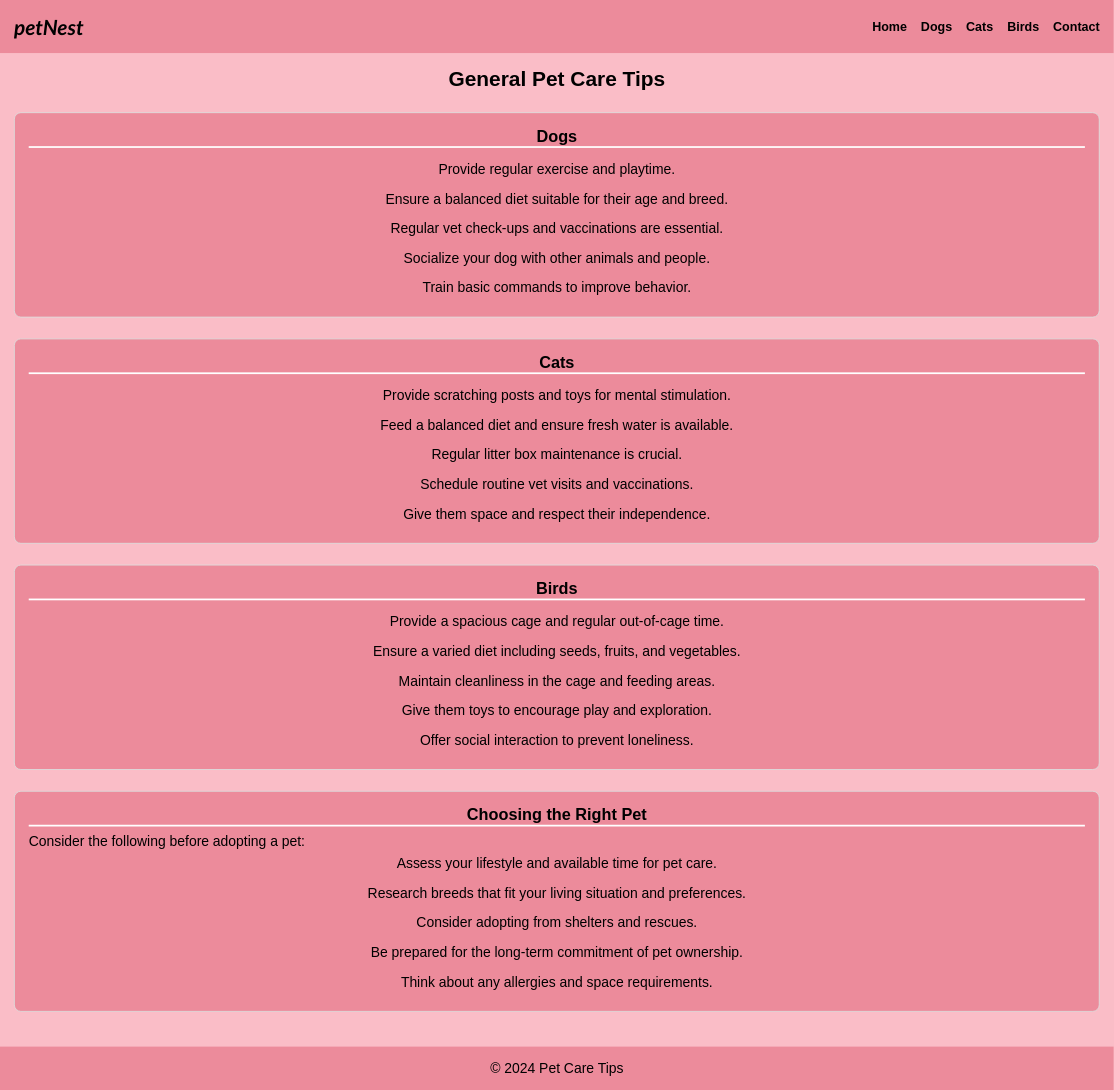
Repository: SHAHZADcodr/pet_care
Page: pages/tips.html
An editor plug-in stored every save of this project. The page is shown before and after the next save, followed by the edit.
The browser window is 1280 px wide. The pictures show the whole page, at 87% of full size.

Above is the page before, as saved 2024-11-04 23:25:52.

After the next save:
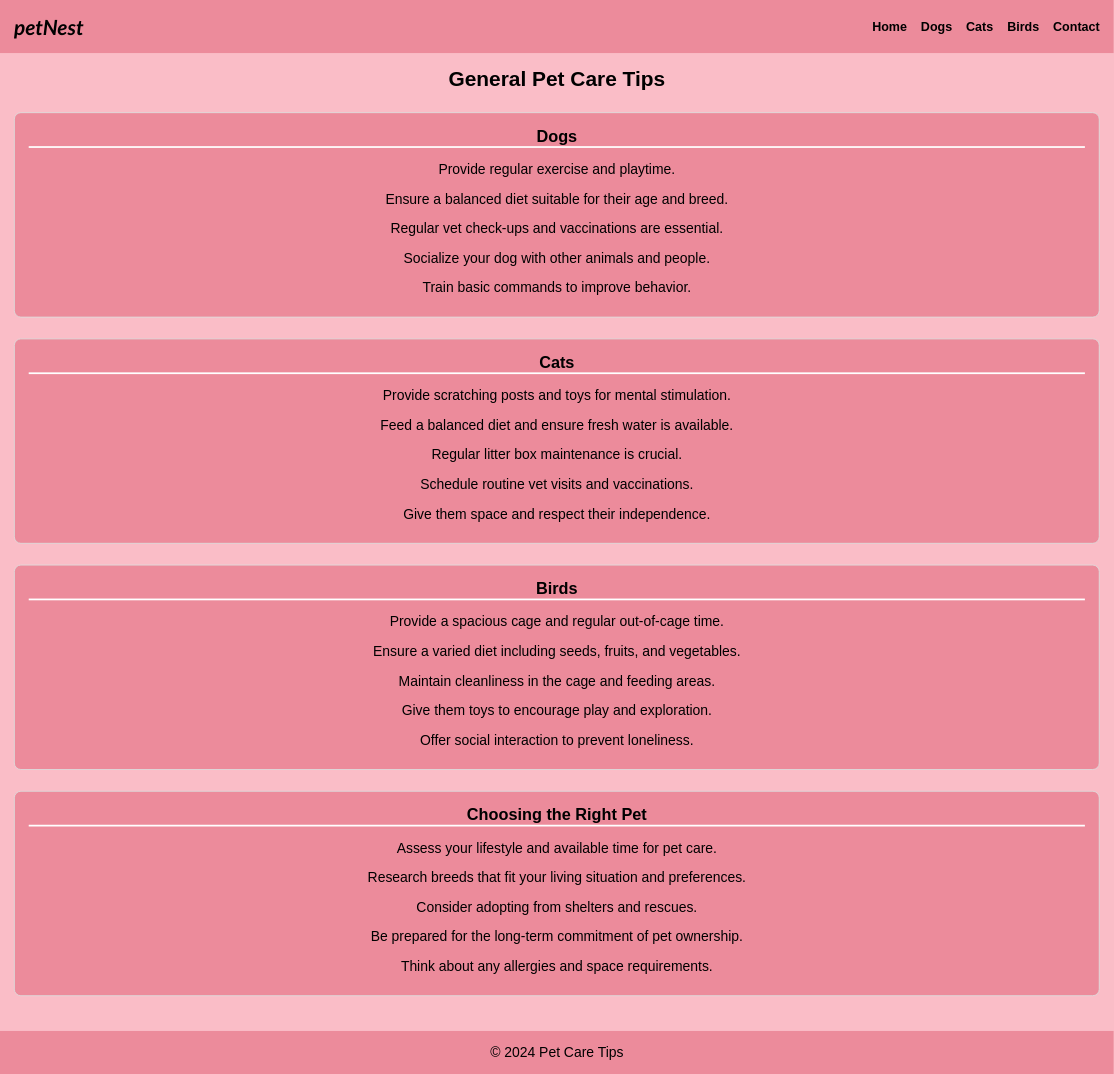
Saved 2 min 11 s later.
--- a/pages/tips.html
+++ b/pages/tips.html
@@ -53,7 +53,6 @@
         </section>
         <section>
             <h3>Choosing the Right Pet</h3>
-            <p>Consider the following before adopting a pet:</p>
             <ul>
                 <li>Assess your lifestyle and available time for pet care.</li>
                 <li>Research breeds that fit your living situation and preferences.</li>
